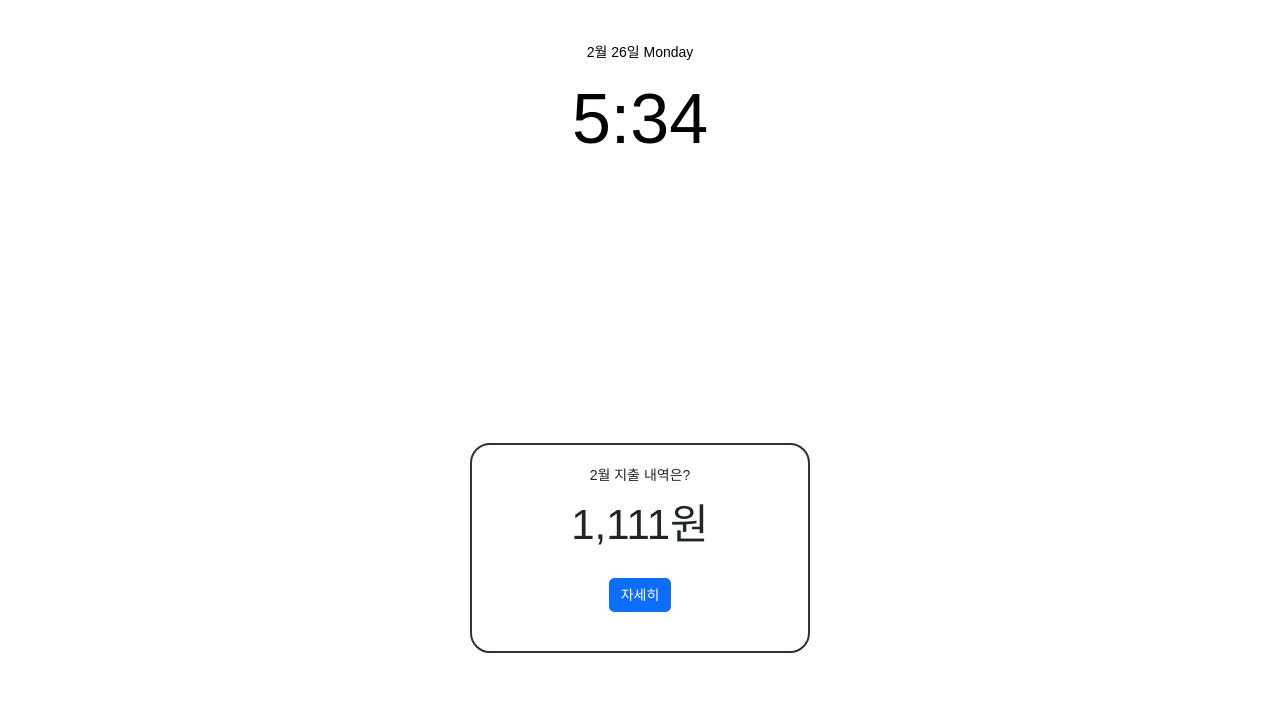
Repository: kimSummerrain/KairosHackathon
Page: venvs/karios/templates/startscreen.html
An editor plug-in stored every save of this project. The page is shown before and after the next save, followed by the edit.
The browser window is 1280 px wide. The pictures show the whole page.

Above is the page before, as saved 2024-02-26 15:43:59.

### venvs/karios/templates/startscreen.html
<!DOCTYPE html>
<html lang="en">

<head>
    <meta charset="UTF-8">
    <meta name="viewport" content="width=device-width, initial-scale=1.0">
    <title>Document</title>
    <link href="https://cdn.jsdelivr.net/npm/bootstrap@5.3.3/dist/css/bootstrap.min.css" rel="stylesheet"
        integrity="sha384-QWTKZyjpPEjISv5WaRU9OFeRpok6YctnYmDr5pNlyT2bRjXh0JMhjY6hW+ALEwIH" crossorigin="anonymous">
    <script src="https://cdn.jsdelivr.net/npm/bootstrap@5.3.3/dist/js/bootstrap.bundle.min.js"
        integrity="sha384-YvpcrYf0tY3lHB60NNkmXc5s9fDVZLESaAA55NDzOxhy9GkcIdslK1eN7N6jIeHz"
        crossorigin="anonymous"></script>
    <link href="static/css/main-style.css" rel="stylesheet" />
</head>

<body>
    <div class="container-fluid p-5 bg-white text-black text-center">
        <p id="date"></p>
        <h1 id="time"></h1>
        <h1 class="margin-top"></h1>
    </div>
    <div class="rounded-rectangle">
        <p id="month"></p>
        <h2>1,111원</h2>
        <br>
        <a class="btn btn-primary" href="/detail">자세히</a>
    </div>

    <script type="text/javascript">
        function redirectToDetail() {
            location.href = "/detail";
        }
    </script>
    <!-- date js -->
    <script src="static/js/date.js"></script>
</body>

</html>

### venvs/karios/static/css/main-style.css
html,
body {
    margin: 0;
    padding: 0;
    font-family: Arial, Helvetica Neue, Helvetica, sans-serif;
    font-size: 14px;
}

#calendar {
    max-width: 1100px;
    margin: 40px auto;
}

a.fc-daygrid-day-number {
    color: black;
    text-decoration: none;
}

a.fc-col-header-cell-cushion {
    color: black;
    text-decoration: none;
}

.navbar-nav .nav-link {
    font-size: 18px;
}

.rounded-rectangle {
    width: 340px;
    /* 직사각형의 너비 */
    height: 210px;
    /* 직사각형의 높이 */
    background-color: #ffffff;
    /* 배경색 */
    border-radius: 20px;
    /* 꼭짓점을 둥글게 하는 정도 */
    margin: 0px auto 0;
    /* rectangle과 겹치도록 마진 조정 */
    padding: 20px;
    /* 내부 여백 */
    text-align: center;
    /* 내용을 가운데 정렬 */
    border: 2px solid #333;
    /* 테두리의 두께와 색상 */
    position: relative;
    /* 포지션을 상대위치로 설정하여 겹치게 함 */
    z-index: -1;
    /* 겹치는 요소의 순서를 지정 */
}

h1 {
    font-size: 5em;
}

h2 {
    font-size: 3em;

}

.margin-top {
    margin-top: 240px;
}

### venvs/karios/static/js/date.js
// 현재 날짜를 가져와서 표시하는 함수
function displayDate() {
    var today = new Date(); // 현재 날짜 및 시간 가져오기
    var month = today.getMonth() + 1; // 월 가져오기 (0부터 시작하므로 +1)
    var day = today.getDate(); // 일 가져오기
    var dayOfWeek = today.toLocaleDateString('en-US', { weekday: 'long' }); // 요일 가져오기
    var hour = today.getHours(); // 시간 가져오기
    var minute = today.getMinutes(); // 분 가져오기

    minute = minute < 10 ? '0' + minute : minute;

    // HTML 요소에 날짜와 요일 표시
    document.getElementById('date').innerHTML = month + '월 ' + day + '일 ' + dayOfWeek;
    document.getElementById('time').innerHTML = hour + ':' + minute;
    document.getElementById('month').innerHTML = month + '월 지출 내역은?';
}

// 페이지가 로드될 때 displayDate 함수 실행
window.onload = function () {
    // 매 초마다 updateDateTime 함수를 호출하여 시간을 업데이트
    setInterval(displayDate, 1000); // 1000ms = 1초
    // 최초 로드시 한번 호출하여 초기화
    displayDate();
};

After the next save:
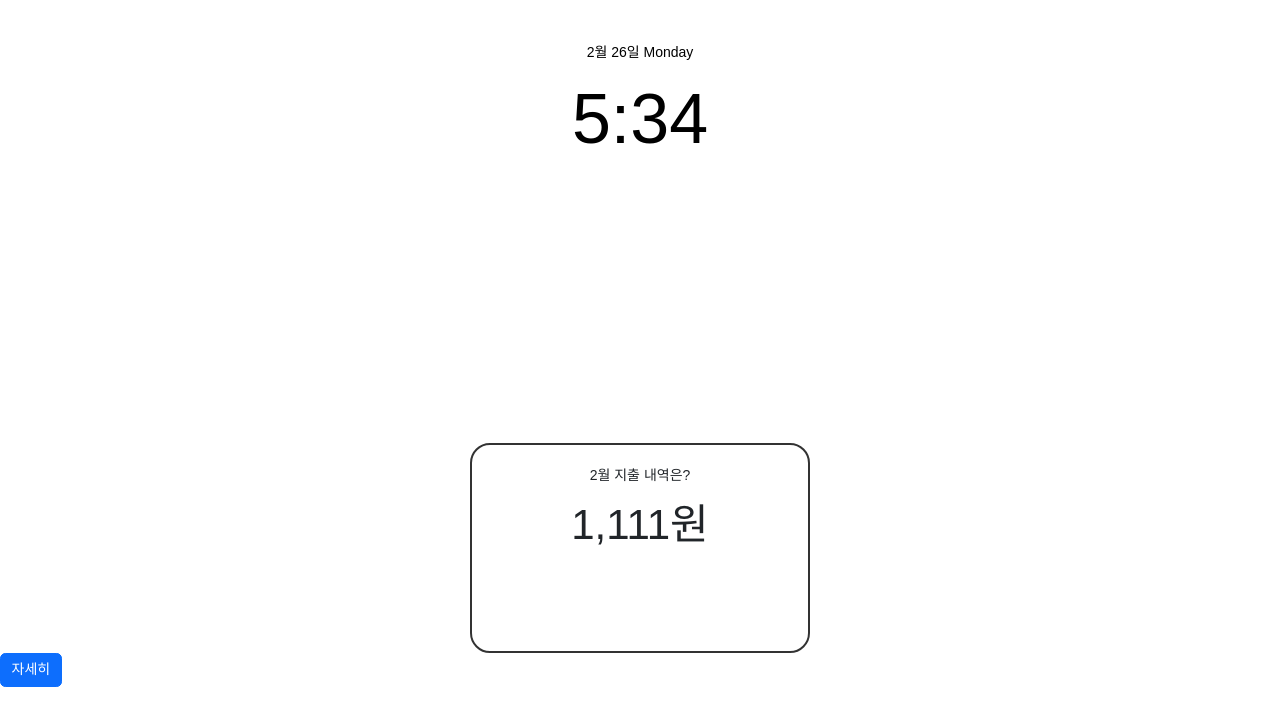
Saved 43 s later.
--- a/venvs/karios/templates/startscreen.html
+++ b/venvs/karios/templates/startscreen.html
@@ -23,7 +23,6 @@
         <p id="month"></p>
         <h2>1,111원</h2>
         <br>
-        <a class="btn btn-primary" href="/detail">자세히</a>
     </div>
 
     <script type="text/javascript">
@@ -33,6 +32,8 @@
     </script>
     <!-- date js -->
     <script src="static/js/date.js"></script>
+    <a class="btn btn-primary" href="/detail">자세히</a>
+
 </body>
 
 </html>

After the save that followed:
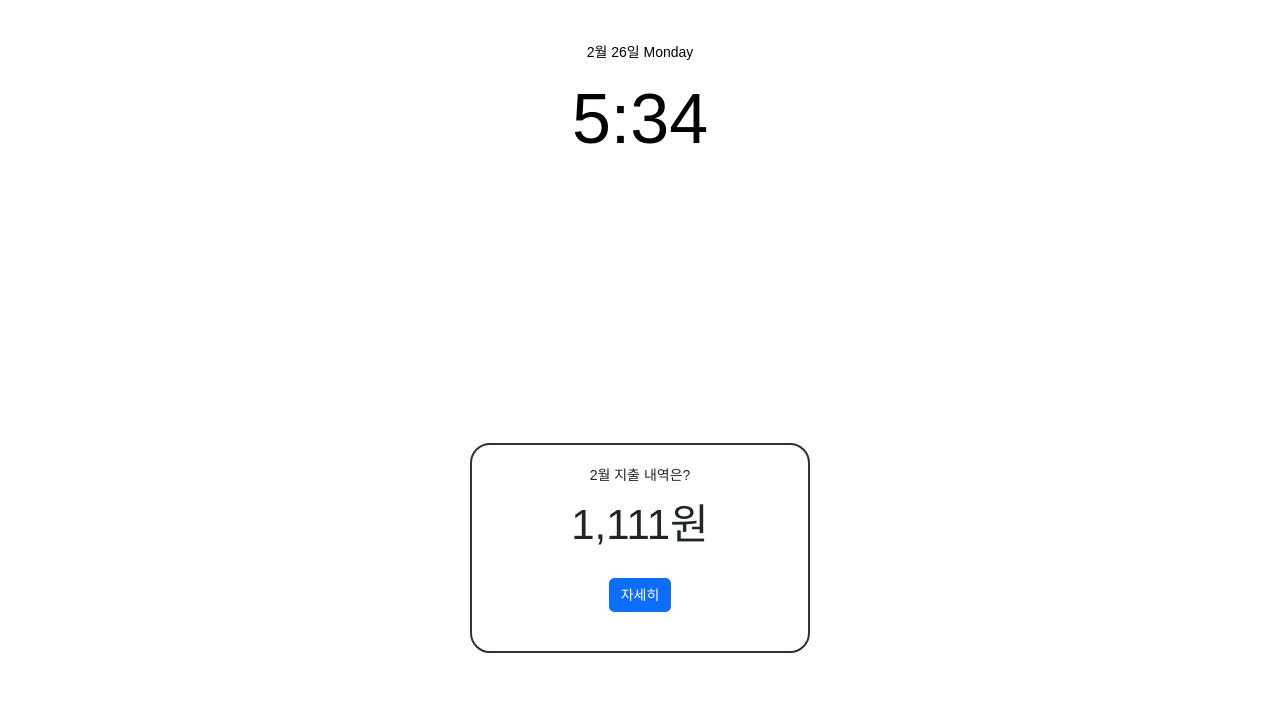
Saved 10 s later.
--- a/venvs/karios/templates/startscreen.html
+++ b/venvs/karios/templates/startscreen.html
@@ -23,6 +23,7 @@
         <p id="month"></p>
         <h2>1,111원</h2>
         <br>
+        <a class="btn btn-primary" href="/detail">자세히</a>
     </div>
 
     <script type="text/javascript">
@@ -32,8 +33,6 @@
     </script>
     <!-- date js -->
     <script src="static/js/date.js"></script>
-    <a class="btn btn-primary" href="/detail">자세히</a>
-
 </body>
 
 </html>
